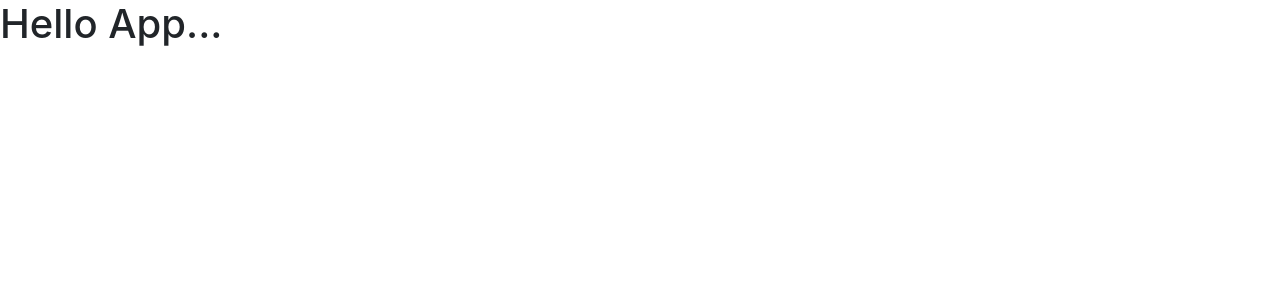
Repository: eidankhan/expenses-calculator
Page: /
The author's editor kept a copy of each file at every save. The page is drawn from the files as they stood at one save, then again after the next save.
The browser window is 1280 px wide. The pictures show the whole page.
The project was rebuilt for these pictures with package versions that can differ from the ones it lists, and the page was loaded fresh each time.

Above is the page before, as saved 2021-11-29 15:04:49.

### public/index.html
<!DOCTYPE html>
<html lang="en">
  <head>
    <meta charset="utf-8" />
    <link rel="icon" href="%PUBLIC_URL%/favicon.ico" />
    <meta name="viewport" content="width=device-width, initial-scale=1" />
    <meta name="theme-color" content="#000000" />
    <meta
      name="description"
      content="Web site created using create-react-app"
    />
    <link rel="apple-touch-icon" href="%PUBLIC_URL%/logo192.png" />
    <link rel="manifest" href="%PUBLIC_URL%/manifest.json" />
    <!-- CSS only -->
    <link
      href="https://cdn.jsdelivr.net/npm/bootstrap@5.1.3/dist/css/bootstrap.min.css"
      rel="stylesheet"
      integrity="sha384-1BmE4kWBq78iYhFldvKuhfTAU6auU8tT94WrHftjDbrCEXSU1oBoqyl2QvZ6jIW3"
      crossorigin="anonymous"
    />
    <title>Shopping Cart App</title>
  </head>
  <body>
    <noscript>You need to enable JavaScript to run this app.</noscript>
    <div id="root"></div>
    <!-- JavaScript Bundle with Popper -->
    <script
      src="https://cdn.jsdelivr.net/npm/bootstrap@5.1.3/dist/js/bootstrap.bundle.min.js"
      integrity="sha384-ka7Sk0Gln4gmtz2MlQnikT1wXgYsOg+OMhuP+IlRH9sENBO0LRn5q+8nbTov4+1p"
      crossorigin="anonymous"
    ></script>
  </body>
</html>

### src/App.js
// import {
//   BrowserRouter as Router,
//   Routes,
//   Route,
// } from "react-router-dom";


function App() {
  return (
    <h1> Hello App...</h1>
  );
}

export default App;

### src/components/Navbar.js
import React from "react";

export const Navbar = () => {
  return (
    <div>
      <nav className="navbar navbar-light bg-dark">
        <div className="container-fluid">
          <strong> Expenses Calculator</strong>
        </div>
      </nav>
    </div>
  );
};

Loaded but not shown: src/index.js (common file); src/index.css (common file)

After the next save:
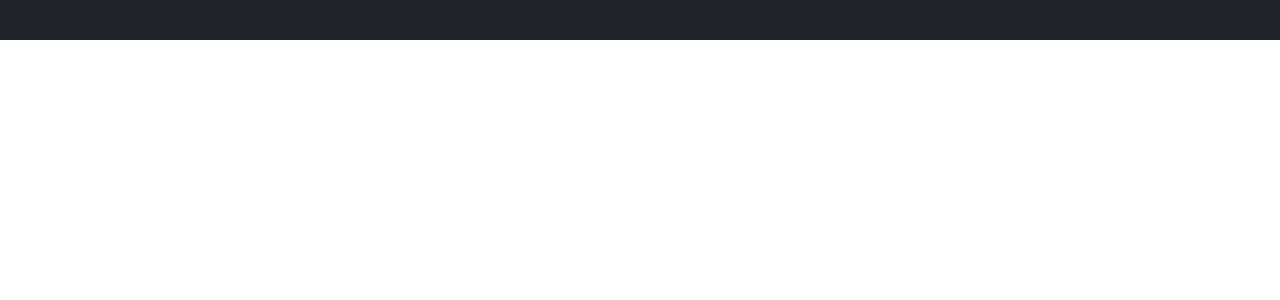
Saved 13 s later.
--- a/src/App.js
+++ b/src/App.js
@@ -4,10 +4,12 @@
 //   Route,
 // } from "react-router-dom";
 
+import { Navbar } from "./components/Navbar";
+
 
 function App() {
   return (
-    <h1> Hello App...</h1>
+   <Navbar/>
   );
 }
 
